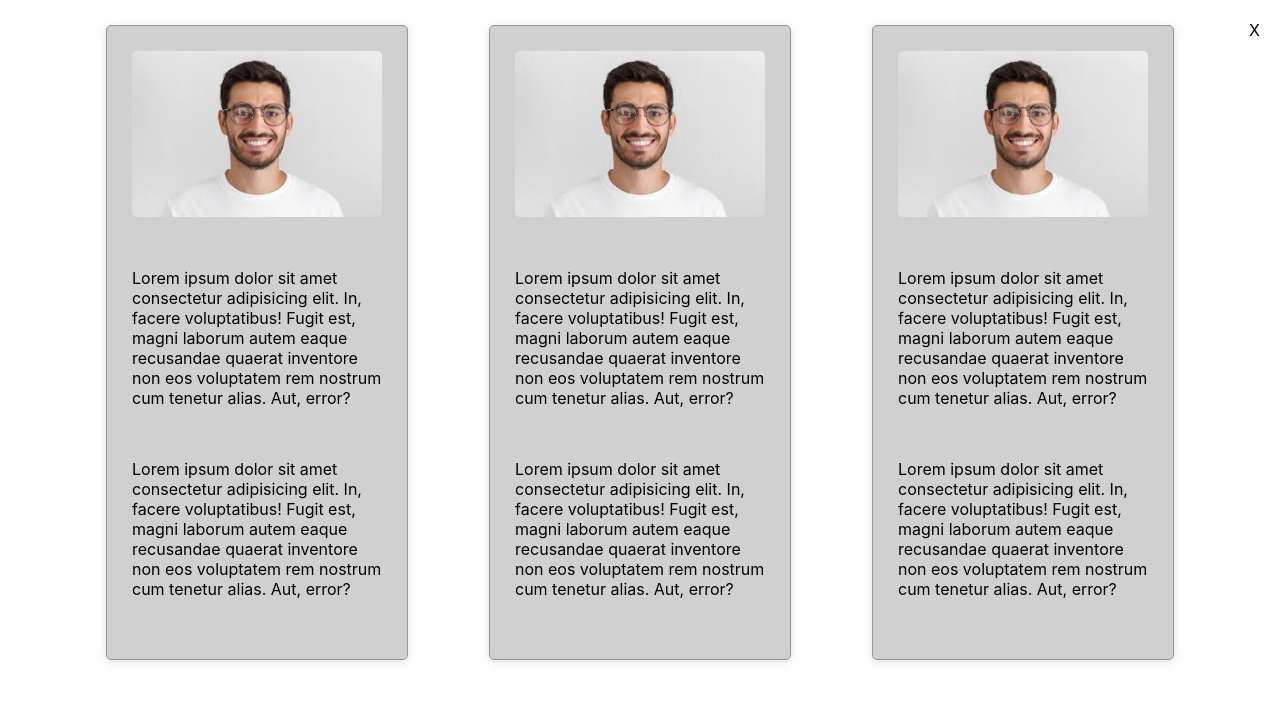
Repository: mikelnorth/team-profile-demo
Page: /
These files come from the project's save history. The page is drawn as it stood at one moment and after the next save; the edit follows.
The browser window is 1280 px wide. The pictures show the whole page.
The project was rebuilt for these pictures with package versions that can differ from the ones it lists, and the page was loaded fresh each time.

Above is the page before, as saved 2022-05-19 19:01:45.

After the next save:
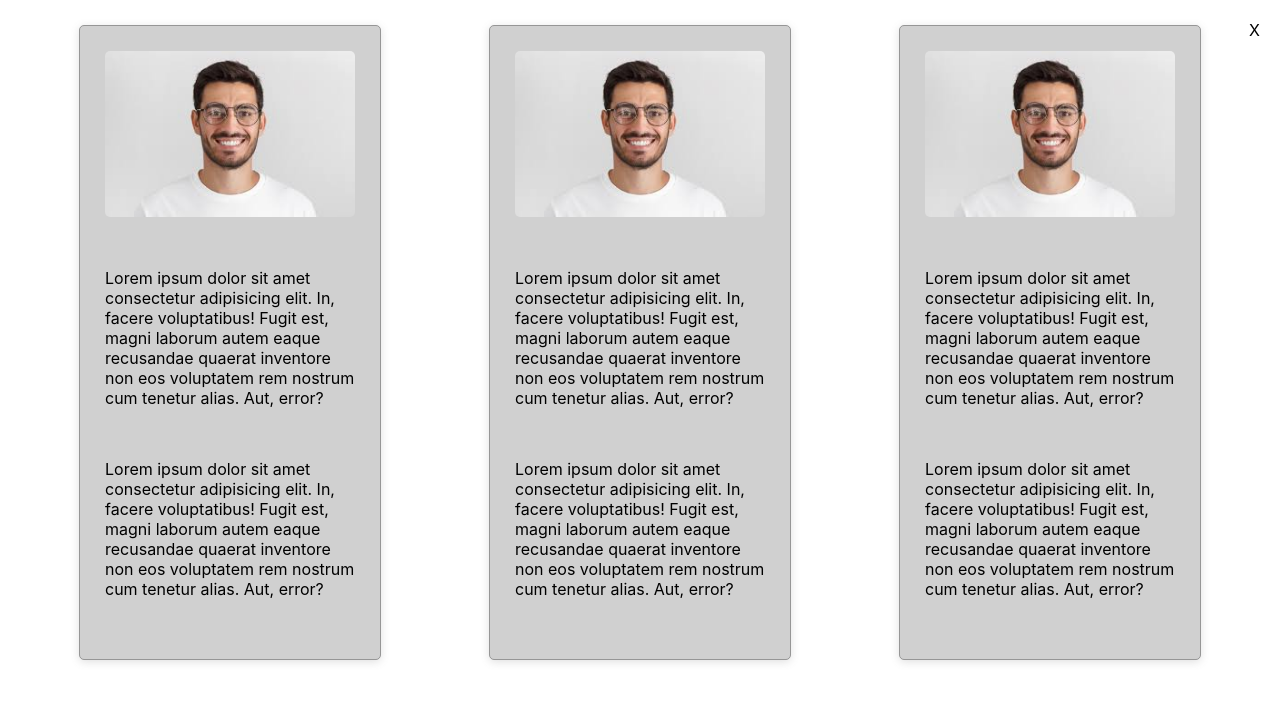
Saved 4 s later.
--- a/src/App.scss
+++ b/src/App.scss
@@ -6,6 +6,6 @@ nav {
 
 main {
   display: flex;
-  justify-content: space-evenly;
+  justify-content: space-around;
   padding: 25px;
 }
